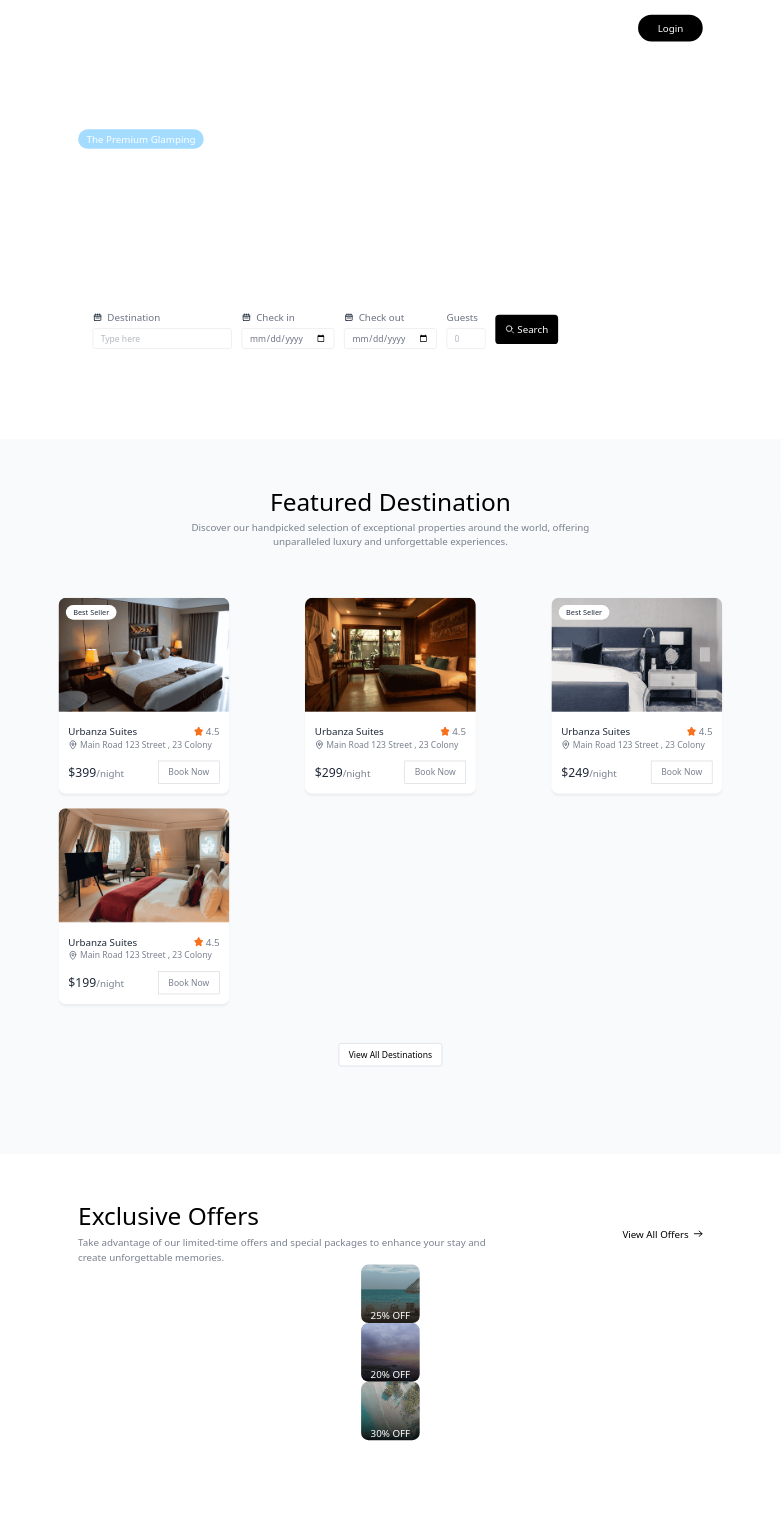
Repository: Ponn-Star/My-App
Page: / (app in FrontEnd/)
The author's editor kept a copy of each file at every save. The page is drawn from the files as they stood at one save, then again after a run of saves.
The browser window is 1280 px wide. The pictures show the whole page, at 61% of full size.
The project was rebuilt for these pictures with package versions that can differ from the ones it lists, and the page was loaded fresh each time. Also part of the build but not shown: FrontEnd/vite.config.js, FrontEnd/src/assets/assets.js.

Above is the page before, as saved 2025-05-08 23:11:17.

### FrontEnd/index.html
<!doctype html>
<html lang="en">
  <head>
    <meta charset="UTF-8" />
    <link rel="icon" type="image/svg+xml" href="/favicon.svg" />
    <meta name="viewport" content="width=device-width, initial-scale=1.0" />
    <title>Booking</title>
  </head>
  <body>
    <div id="root"></div>
    <script type="module" src="/src/main.jsx"></script>
  </body>
</html>

### FrontEnd/src/main.jsx
import { StrictMode } from 'react'
import { createRoot } from 'react-dom/client'
import './index.css'
import App from './App.jsx'
import { BrowserRouter } from 'react-router-dom'

createRoot(document.getElementById('root')).render(
    <BrowserRouter>
      <App />
    </BrowserRouter>
)

### FrontEnd/src/App.jsx
import React from 'react'
import Navbar from './components/Navbar'
import { Route, Routes, useLocation } from 'react-router-dom'
import Home from './pages/Home'

function App() {

  const isOwnerPath = useLocation().pathname.includes("owner");
  return (
    <div>
      {!isOwnerPath && <Navbar />}
      <div className='min-h-[70vh]'>
        <Routes>
          <Route path='/' element={<Home />} />
        </Routes>
      </div>
    </div>
  )
}

export default App

### FrontEnd/src/components/Navbar.jsx
import React from 'react';
import { Link } from 'react-router-dom';
import { assets } from '../assets/assets';

const Navbar = () => {
    const navLinks = [
        { name: 'Home', path: '/' },
        { name: 'Hotels', path: '/rooms' },
        { name: 'Experience', path: '/' },
        { name: 'About', path: '/' },
    ];

    const [isScrolled, setIsScrolled] = React.useState(false);
    const [isMenuOpen, setIsMenuOpen] = React.useState(false);

    React.useEffect(() => {
        const handleScroll = () => {
            setIsScrolled(window.scrollY > 10);
        };
        window.addEventListener("scroll", handleScroll);
        return () => window.removeEventListener("scroll", handleScroll);
    }, []);

    return (
            <nav className={`fixed top-0 left-0 w-full flex items-center justify-between px-4 md:px-16 lg:px-24 xl:px-32 transition-all duration-500 z-50 ${isScrolled ? "bg-white/80 shadow-md text-gray-700 backdrop-blur-lg py-3 md:py-4" : "py-4 md:py-6"}`}>

                {/* Logo */}
                <Link to='/'>
                    <img src={assets.logo} alt="logo" className={`h-9 ${isScrolled && "invert opacity-80"}`} />
                </Link>

                {/* Desktop Nav */}
                <div className="hidden md:flex items-center gap-4 lg:gap-8">
                    {navLinks.map((link, i) => (
                        <a key={i} href={link.path} className={`group flex flex-col gap-0.5 ${isScrolled ? "text-gray-700" : "text-white"}`}>
                            {link.name}
                            <div className={`${isScrolled ? "bg-gray-700" : "bg-white"} h-0.5 w-0 group-hover:w-full transition-all duration-300`} />
                        </a>
                    ))}
                    <button className={`border px-4 py-1 text-sm font-light rounded-full cursor-pointer ${isScrolled ? 'text-black' : 'text-white'} transition-all`}>
                        Dashboard
                    </button>
                </div>

                {/* Desktop Right */}
                <div className="hidden md:flex items-center gap-4">
                    <img src={assets.searchIcon} alt='search' className={`${isScrolled && "invert"} h-7 transition duration-500`} />
                    <button className="bg-black text-white px-8 py-2.5 rounded-full ml-4 transition-all duration-500">
                        Login
                    </button>
                </div>

                {/* Mobile Menu Button */}
                <div className="flex items-center gap-3 md:hidden">
                    <img onClick={()=> setIsMenuOpen(!isMenuOpen)} src={assets.menuIcon} alt='' className={`${isScrolled && "invert"} h-4`} />
                </div>

                {/* Mobile Menu */}
                <div className={`fixed top-0 left-0 w-full h-screen bg-white text-base flex flex-col md:hidden items-center justify-center gap-6 font-medium text-gray-800 transition-all duration-500 ${isMenuOpen ? "translate-x-0" : "-translate-x-full"}`}>
                    <button className="absolute top-4 right-4" onClick={() => setIsMenuOpen(false)}>
                        <img src={assets.closeIcon} alt='close' className="h-6.5" />
                    </button>

                    {navLinks.map((link, i) => (
                        <a key={i} href={link.path} onClick={() => setIsMenuOpen(false)}>
                            {link.name}
                        </a>
                    ))}

                    <button className="border px-4 py-1 text-sm font-light rounded-full cursor-pointer transition-all">
                        Dashboard
                    </button>

                    <button className="bg-black text-white px-8 py-2.5 rounded-full transition-all duration-500">
                        Login
                    </button>
                </div>
            </nav>
    );
}

export default Navbar

### FrontEnd/src/pages/Home.jsx
import React from 'react'
import Hero from '../components/Hero'
import FeaturedDestination from '../components/FeaturedDestination'
import ExclusiveOffers from '../components/ExclusiveOffers'

const Home = () => {
  return (
    <>
      <Hero />
      <FeaturedDestination />
      <ExclusiveOffers />
    </>
  )
}

export default Home

### FrontEnd/src/components/Hero.jsx
import React from 'react'
import { cities } from '../assets/assets'

const Hero = () => {
  return (
    <div className='flex flex-col items-start justify-center px-6 md:px-16 lg:px-24 xl:px-32 text-white bg-[url("/src/assets/heroImage.png")] bg-no-repeat bg-cover bg-center h-screen'>
      <p className="bg-[#49B9FF]/50 px-3.5 py-1 rounded-full mt-20">The Premium Glamping</p>
      <h1 className="font-playfair text-2x1 md:text-5x1 md:text-[50px] md:leading-[56px] font-bold md:font-extrabold max-w-xl mt-4">CỰC CHILL CẮM TRẠI BBQ TRƯỚC LỀU!</h1>
      <p className="max-w-170 mt-2 text-sm md:text-base">Giữa rừng thông lặng lẽ, 𝐅𝐨𝐫𝐞𝐬𝐭 𝐒𝐜𝐞𝐧𝐭 𝐆𝐥𝐚𝐦𝐩𝐢𝐧𝐠 & 𝐂𝐚𝐦𝐩𝐢𝐧𝐠 không ồn ào, không vội vã, không deadline. Chỉ cần xách balo lên và để 𝐅𝐨𝐫𝐞𝐬𝐭 𝐒𝐜𝐞𝐧𝐭 lo. Mọi thứ đã sẵn sàng để bạn “nghỉ ngơi” đúng nghĩa</p>

      <form className='bg-white text-gray-500 rounded-lg px-6 py-4 flex flex-col md:flex-row max-md:items-start gap-4 max-md:mx-auto mt-10'>

            <div>
                <div className='flex items-center gap-2'>
                    <svg className="w-4 h-4 text-gray-800" aria-hidden="true" xmlns="http://www.w3.org/2000/svg" width="24" height="24" fill="none" viewBox="0 0 24 24" >
                        <path stroke="currentColor" strokeLinecap="round" strokeLinejoin="round" strokeWidth="2" d="M4 10h16M8 14h8m-4-7V4M7 7V4m10 3V4M5 20h14a1 1 0 0 0 1-1V7a1 1 0 0 0-1-1H5a1 1 0 0 0-1 1v12a1 1 0 0 0 1 1Z" />
                    </svg>
                    <label htmlFor="destinationInput">Destination</label>
                </div>
                <input list='destinations' id="destinationInput" type="text" className=" rounded border border-gray-200 px-3 py-1.5 mt-1.5 text-sm outline-none" placeholder="Type here" required />
                <datalist id='destinations'>
                  {cities.map((city, index) => (
                    <option value={index} key={city}/>
                  ))}
                  /</datalist>
            </div>

            <div>
                <div className='flex items-center gap-2'>
                    <svg className="w-4 h-4 text-gray-800" aria-hidden="true" xmlns="http://www.w3.org/2000/svg" width="24" height="24" fill="none" viewBox="0 0 24 24" >
                        <path stroke="currentColor" strokeLinecap="round" strokeLinejoin="round" strokeWidth="2" d="M4 10h16M8 14h8m-4-7V4M7 7V4m10 3V4M5 20h14a1 1 0 0 0 1-1V7a1 1 0 0 0-1-1H5a1 1 0 0 0-1 1v12a1 1 0 0 0 1 1Z" />
                    </svg>
                    <label htmlFor="checkIn">Check in</label>
                </div>
                <input id="checkIn" type="date" className=" rounded border border-gray-200 px-3 py-1.5 mt-1.5 text-sm outline-none" />
            </div>

            <div>
                <div className='flex items-center gap-2'>
                    <svg className="w-4 h-4 text-gray-800" aria-hidden="true" xmlns="http://www.w3.org/2000/svg" width="24" height="24" fill="none" viewBox="0 0 24 24" >
                        <path stroke="currentColor" strokeLinecap="round" strokeLinejoin="round" strokeWidth="2" d="M4 10h16M8 14h8m-4-7V4M7 7V4m10 3V4M5 20h14a1 1 0 0 0 1-1V7a1 1 0 0 0-1-1H5a1 1 0 0 0-1 1v12a1 1 0 0 0 1 1Z" />
                    </svg>
                    <label htmlFor="checkOut">Check out</label>
                </div>
                <input id="checkOut" type="date" className=" rounded border border-gray-200 px-3 py-1.5 mt-1.5 text-sm outline-none" />
            </div>

            <div className='flex md:flex-col max-md:gap-2 max-md:items-center'>
                <label htmlFor="guests">Guests</label>
                <input min={1} max={4} id="guests" type="number" className=" rounded border border-gray-200 px-3 py-1.5 mt-1.5 text-sm outline-none  max-w-16" placeholder="0" />
            </div>

            <button className='flex items-center justify-center gap-1 rounded-md bg-black py-3 px-4 text-white my-auto cursor-pointer max-md:w-full max-md:py-1' >
                <svg className="w-4 h-4 text-white" aria-hidden="true" xmlns="http://www.w3.org/2000/svg" width="24" height="24" fill="none" viewBox="0 0 24 24" >
                    <path stroke="currentColor" strokeLinecap="round" strokeWidth="2" d="m21 21-3.5-3.5M17 10a7 7 0 1 1-14 0 7 7 0 0 1 14 0Z" />
                </svg>
                <span>Search</span>
            </button>
        </form>
    </div>
  )
}

export default Hero

### FrontEnd/src/components/FeaturedDestination.jsx
import React from 'react'
import HotelCard from './HotelCard'
import { roomsDummyData } from '../assets/assets'
import Title from './Title'
import { useNavigate } from 'react-router-dom'

const FeaturedDestination = () => {

  const navigate = useNavigate()

  return (
    <div className='flex flex-col items-center px-6 md:px-16 lg:px-24 bg-slate-50 py-20'>

        <Title title='Featured Destination' subTitle='Discover our handpicked selection of exceptional properties around the world, offering unparalleled luxury and unforgettable experiences.' />

        <div className='flex flex-wrap items-center justify-between gap-6 mt-20'>
        {roomsDummyData.slice(0, 4).map((room, index) => (
            <HotelCard key={room._id} room={room} index={index} />
        ))}
        </div>

        <button onClick={() => { navigate('/rooms'); scrollTo(0, 0); }}
        className="my-16 px-4 py-2 text-sm font-medium border border-gray-300 rounded bg-white hover:bg-gray-50 transition-all cursor-pointer">
          View All Destinations
        </button>
    </div>
  )
}

export default FeaturedDestination

### FrontEnd/src/components/ExclusiveOffers.jsx
import React from 'react'
import Title from './Title'
import { assets, exclusiveOffers } from '../assets/assets'

const ExclusiveOffers = () => {
  return (
    <div className='flex flex-col items-center px-6 md:px-16 lg:px-24 xl:px-32 pt-20 pb-30'>
      <div className='flex flex-col md:flex-row items-center justify-between w-full'>
        <Title align='left' title='Exclusive Offers' subTitle='Take advantage of our limited-time offers and special packages to enhance your stay and create unforgettable memories.'/>
        <button className='group flex items-center gap-2 font-medium cursor-pointer max-md:mt-12'>
            View All Offers
            <img src={assets.arrowIcon} alt="arrow-icon"
            className='group-hover:translate-x-1 transition-all'/>
        </button>
      </div>

      <div>
        {exclusiveOffers.map((item) => (
            <div key={item._id} className='group relative flex flex-col items-start justify-between gap-1 pt-12 md:pt-18 px-4 rounded-xl text-white bg-no-repeat bg-cover bg-center'
            style={{ backgroundImage: `url(${item.image})` }}>
                <p>{item.priceOff}% OFF</p>
            </div>
        ))}
      </div>
    </div>
  )
}

export default ExclusiveOffers

### FrontEnd/src/components/HotelCard.jsx
import React from 'react'
import { Link } from 'react-router-dom'
import { assets } from '../assets/assets'

const HotelCard = ({room, index}) => {
  return (
      <Link to={'/room/' + room._id} onClick={()=> scrollTo(0,0)} key={room._id} className='relative max-w-70 w-full rounded-xl overflow-hidden bg-white text-gray-500/90 shadow-[0px_4px_4px_rgba(0,0,0,0.05)]'>
          <img src={room.images[0]} alt=""/>

          {index % 2 === 0 && <p className='px-3 py-1 absolute top-3 left-3 text-xs bg-white text-gray-800 font-medium rounded-full'>Best Seller </p>}

          <div className='p-4 pt-5'>
            <div className='flex items-center justify-between'>
                <p className='font-playfair text-x1 font-medium text-gray-800'>{room.hotel.name}</p>
                <div className='flex items-center gap-1'>
                    <img src={assets.starIconFilled} alt="star-icon" /> 4.5
                </div>
            </div>
                <div className='flex items-center gap-1 text-sm'>
                    <img src={assets.locationIcon} alt="location-icon" />
                    <span>{room.hotel.address}</span>
                </div>
                <div className='flex items-center justify-between mt-4'>
                    <p><span className='text-xl text-gray-800'>${room.pricePerNight}</span>/night</p>
                    <button className='px-4 py-2 text-sm font-medium border border-gray-300 rounded:bg-gray-50 transition-all cursor-pointer'>Book Now</button>
                </div>
          </div>
      </Link>
  )
}

export default HotelCard

### FrontEnd/src/components/Title.jsx
import React from 'react'

const Title = ({title, subTitle, align, font}) => {
    return (
        <div className={`flex flex-col justify-center items-center text-center ${align === "left" && "md:items-start md:text-left"}`}>
          <h1 className={`text-4xl md:text-[40px] ${font || "font-playfair"}`}>{title}</h1>
          <p className="text-sm md:text-base text-gray-500/90 mt-2 max-w-174">{subTitle}</p>
        </div>
  )
}

export default Title

Loaded but not shown: FrontEnd/src/index.css (common file)

After the next 2 saves:
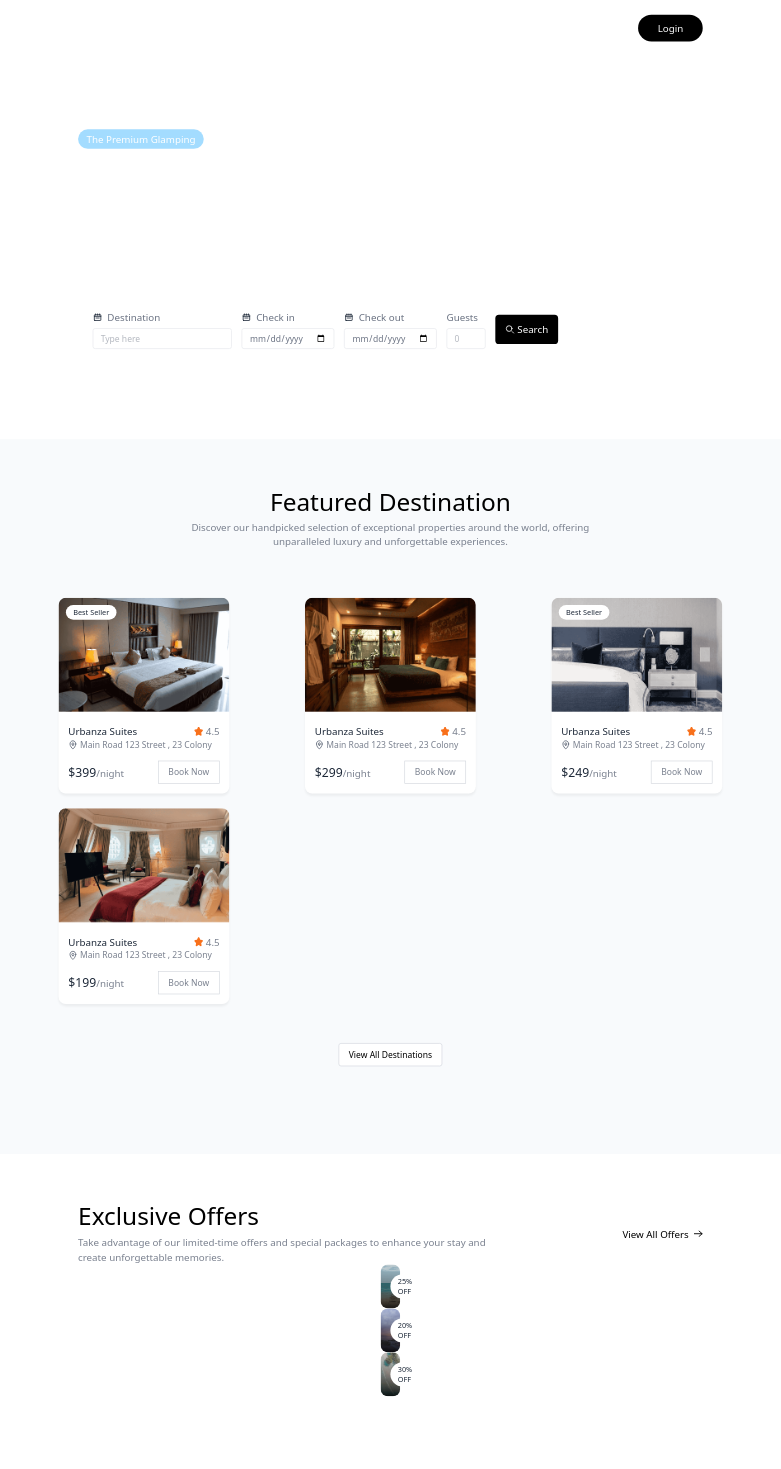
The 2 saves are shown as one change because 1 did not build or start.
The last was saved 37 s later.
--- a/FrontEnd/src/components/ExclusiveOffers.jsx
+++ b/FrontEnd/src/components/ExclusiveOffers.jsx
@@ -18,7 +18,7 @@ const ExclusiveOffers = () => {
         {exclusiveOffers.map((item) => (
             <div key={item._id} className='group relative flex flex-col items-start justify-between gap-1 pt-12 md:pt-18 px-4 rounded-xl text-white bg-no-repeat bg-cover bg-center'
             style={{ backgroundImage: `url(${item.image})` }}>
-                <p>{item.priceOff}% OFF</p>
+                <p className='px-3 py-1 absolute top-4 left-4 text-xs bg-white text-gray-800 font-medium rounded-full'>{item.priceOff}% OFF</p>
             </div>
         ))}
       </div>
